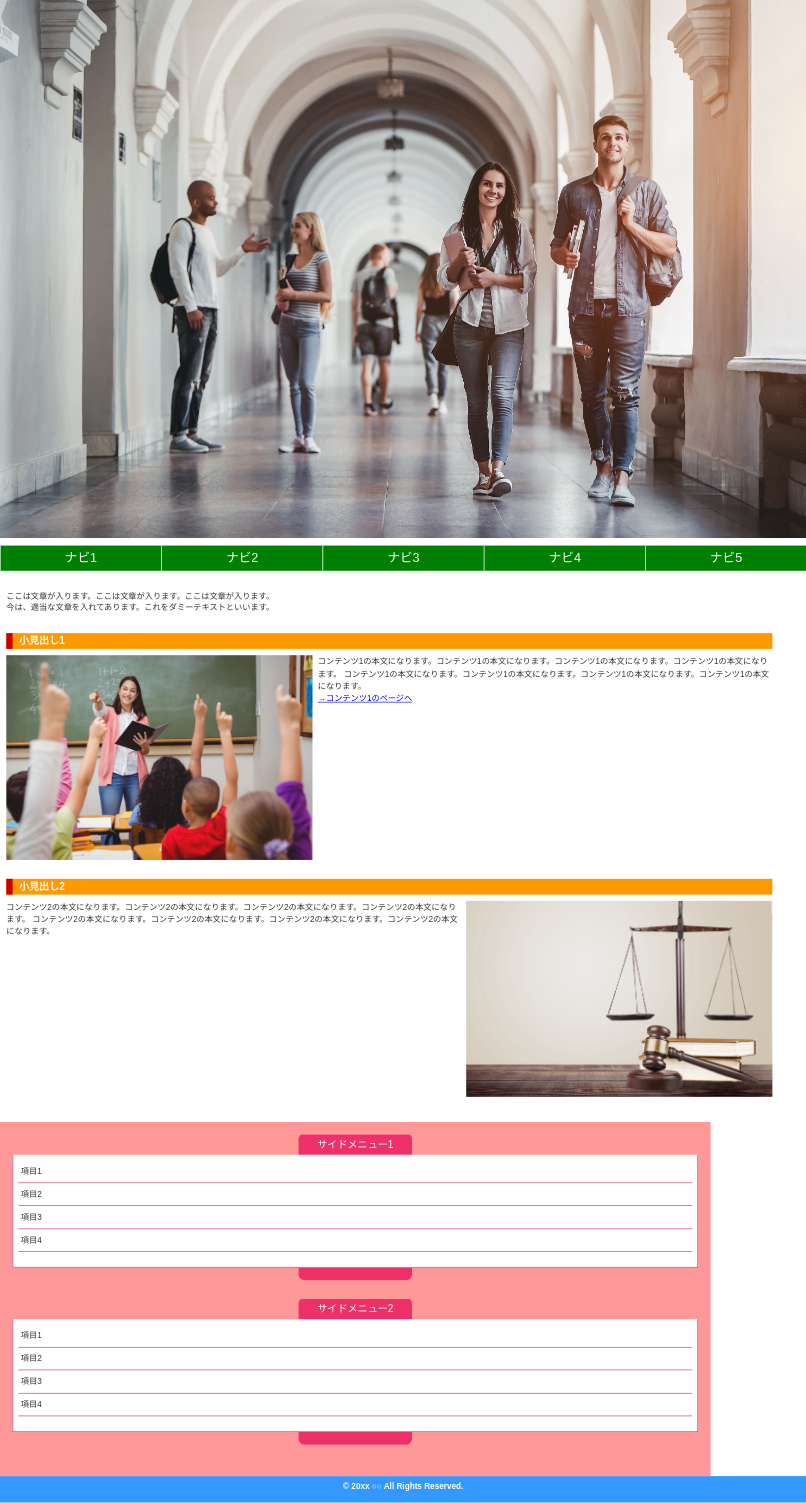
Repository: hayatesan8810/samurai_HTML-CSS
Page: home.html
The author's editor kept a record of every edit. The page is drawn from the files as they stood at one moment, then again after the next edit.
The browser window is 1280 px wide. The pictures show the whole page, at 63% of full size.

Above is the page before.

### home.html

<!DOCTYPE html>
<html lang="ja">
    <head>
        <meta charset="UTF-8">
        <title>HTML/CSSの学習</title>
        <link rel="stylesheet" href="stylesheet.css">
    </head>
    <body>
        <div id="header">
            <h1><a href="index.html"><img id="corridor" src="images/corridor.jpg" alt="大学の廊下" /></a></h1>
        </div>
        <div id="wrapper">
            <div id="nav">
                <ul>
                    <li><a href="home.html">ナビ1</a></li>
                    <li><a href="#">ナビ2</a></li>
                    <li><a href="#">ナビ3</a></li>
                    <li><a href="#">ナビ4</a></li>
                    <li><a href="#">ナビ5</a></li>
                </ul>
            </div>
            <div id="container">
                <div id="main">
                    <div class="post">
                        <p>ここは文章が入ります。ここは文章が入ります。ここは文章が入ります。<br />今は、適当な文章を入れてあります。これをダミーテキストといいます。</p>
                    </div>
                    <div class="post clearfix">
                        <h2>小見出し1</h2>
                        <img class="left" src="images/classroom.jpg" alt="授業風景" />
                        <p>
                            コンテンツ1の本文になります。コンテンツ1の本文になります。コンテンツ1の本文になります。コンテンツ1の本文になります。
                            コンテンツ1の本文になります。コンテンツ1の本文になります。コンテンツ1の本文になります。コンテンツ1の本文になります。
                        </p>
                        <p><a href="#">→コンテンツ1のページへ</a></p>
                    </div>
                    <div class="post clearfix">
                        <h2>小見出し2</h2>
                        <img class="right" src="images/scale.jpg" alt="天秤" />
                        <p>
                            コンテンツ2の本文になります。コンテンツ2の本文になります。コンテンツ2の本文になります。コンテンツ2の本文になります。
                            コンテンツ2の本文になります。コンテンツ2の本文になります。コンテンツ2の本文になります。コンテンツ2の本文になります。
                        </p>
                    </div>
                </div>
                <div id="side">
                    <div class="box">
                        <h2>サイドメニュー1</h2>
                        <div class="boxBody">
                            <ul>
                                <li>項目1</li>
                                <li>項目2</li>
                                <li>項目3</li>
                                <li>項目4</li>
                            </ul>
                        </div>
                    </div>
                    <div class="box">
                        <h2>サイドメニュー2</h2>
                        <div class="boxBody">
                            <ul>
                                <li>項目1</li>
                                <li>項目2</li>
                                <li>項目3</li>
                                <li>項目4</li>
                            </ul>
                        </div>
                    </div>
                </div>
            </div>
        </div>
        <div id="footer">
            <p>&copy; 20xx ○○ All Rights Reserved.</p>
        </div>
    </body>
</html>

### stylesheet.css
@charset "utf-8";

body {
	margin: 0;
	padding: 0;
	font-family: "ヒラギノ角ゴ Pro W3", "Hiragino Kaku Gothic Pro", "メイリオ", Meiryo, Osaka, "ＭＳ Ｐゴシック", "MS PGothic", sans-serif;
	color: #333;
	font-size: 13px;
	line-height: 150%;
}

/* -------------------- wrapper -------------------- */
#wrapper {
	width: 100%;
	margin: auto;
	padding: 0px;
	border: 0px;
	background-color: #FFF;
	top: 10px;
	position: relative;
}

/* -------------------- header -------------------- */
#header {
	width: 100%;
}
#header h1 {
	margin: 0;
	padding: 0;
}

#corridor {
	width: 100%;
	height: auto;
}

/* -------------------- footer -------------------- */
#footer {
	clear: both;
	width: 100%;
	padding: 3px 0 3px 0;
	background: #39F;
	color: #FFF;
	font-weight: bold;
	text-align: center;
}

/* -------------------- nav -------------------- */
#nav {
	width: 100%;
}
#nav ul {
	display: flex;
	margin: 0;
	padding: 0;
	list-style-type: none;
}
#nav ul li {
	width: 20%;
	text-align: center;
}
#nav ul li a {
	display: block;
	height: 20px;
	margin: 0;
	padding: 10px;
	color: #FFF;
	font-size: 20px;
	text-decoration: none;
	background-color: green;
    border-left: 1px solid white;
}
#nav ul li a:hover{
	filter: drop-shadow(10px 10px 10px black);
}

/* -------------------- container -------------------- */
#container {
	width: 100%;
	margin: auto ;
	padding-top: 20px;
	clear: both;
	display: grid;
	grid-columns: 70vw 30vw;
}
/* -------------------- main -------------------- */
#main {
    width: 95%;
	padding: 10px 30px 10px 10px;
}
#main h2 {
	margin: 0 0 10px 0;
	padding: 3px 10px 3px 10px;
	color: #FFF;
	font-size: 16px;
	border-left: solid 10px #C00;
	background-color: #F90;
}
#main p {
	margin: 0;
	padding: 0;
}
#main .post {
	margin: 0 0 30px 0;
}

#main .post img.right {
	margin: 0 0 0 8px;
}
#main .post img.left {
	margin: 0 8px 0 0;
}

.right {
	float: right;
	width: 40%;
	height: auto;
}
.left {
	float: left;
	width: 40%;
	height: auto;
}

/* -------------------- clearfix -------------------- */
.clearfix {
	zoom: 1;
}
.clearfix:after{
	content: "";
	display: block;
	clear: both;
}

/* -------------------- side -------------------- */
#side {
	width: 85%;
	padding: 20px;
	background-color: #F99;
}
#side .box {
	margin: 0 auto 30px auto;
	padding: 0 0 20px 0;
	background: url(images/side_box.png) bottom no-repeat;
}
#side .box h2 {
	margin: 0;
	padding: 8px;
	text-align: center;
	color: #fff;
	font-size: 16px;
	line-height: 16px;
	font-weight: normal;
	background: url(images/side_box_h2.png) center no-repeat;
}
#side .box .boxBody {
	padding: 8px;
	border-right: solid 1px #C36;
	border-bottom: solid 1px #C36;
	border-left: solid 1px #C36;
	background: #fff;
}
#side .box .boxBody ul {
	margin: 0 0 16px 0;
	padding: 0;
}
#side .box .boxBody ul li {
	padding: 8px 0 8px 4px;
	list-style: none;
	border-bottom: solid 1px #C36;
}
#side.box.boxBody ul li:hover{
	padding: 8px 0 8px 4px;
	list-style: none;
	border-bottom: solid 1px #c36;
	box-shadow: 0px 4px 4px rgba(0,0,0,0.3);
}

After the next edit:
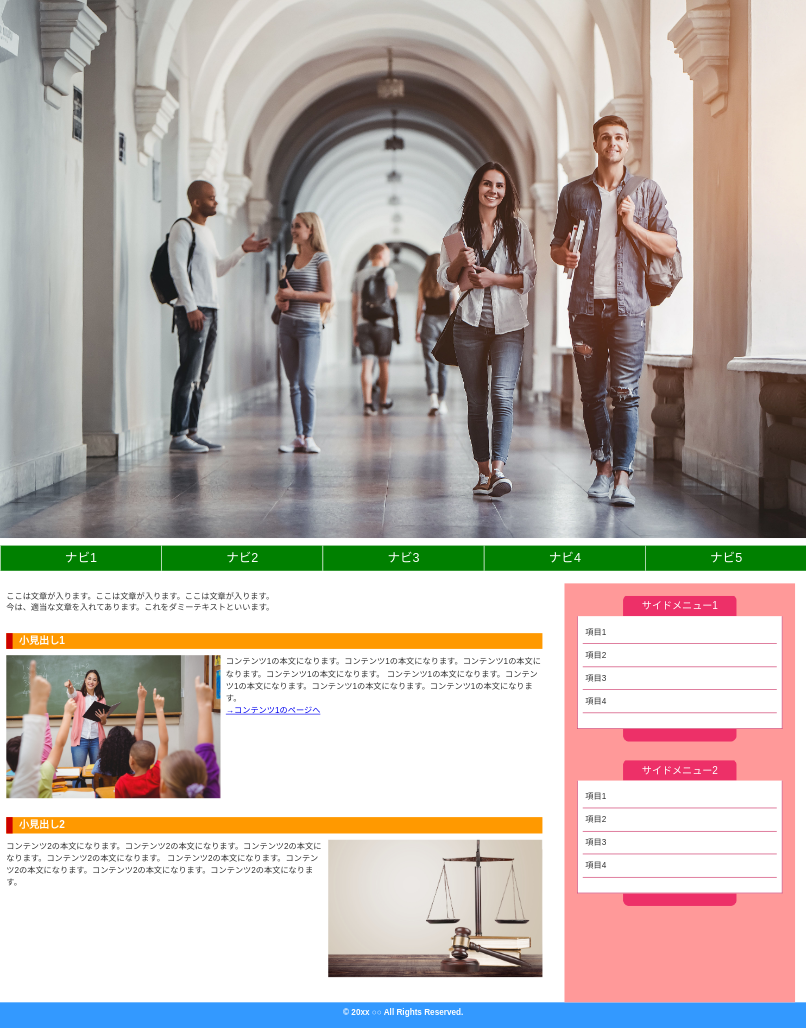
The edit:
--- a/stylesheet.css
+++ b/stylesheet.css
@@ -81,7 +81,7 @@
 	padding-top: 20px;
 	clear: both;
 	display: grid;
-	grid-columns: 70vw 30vw;
+	grid-template-columns: 70vw 30vw;
 }
 /* -------------------- main -------------------- */
 #main {
